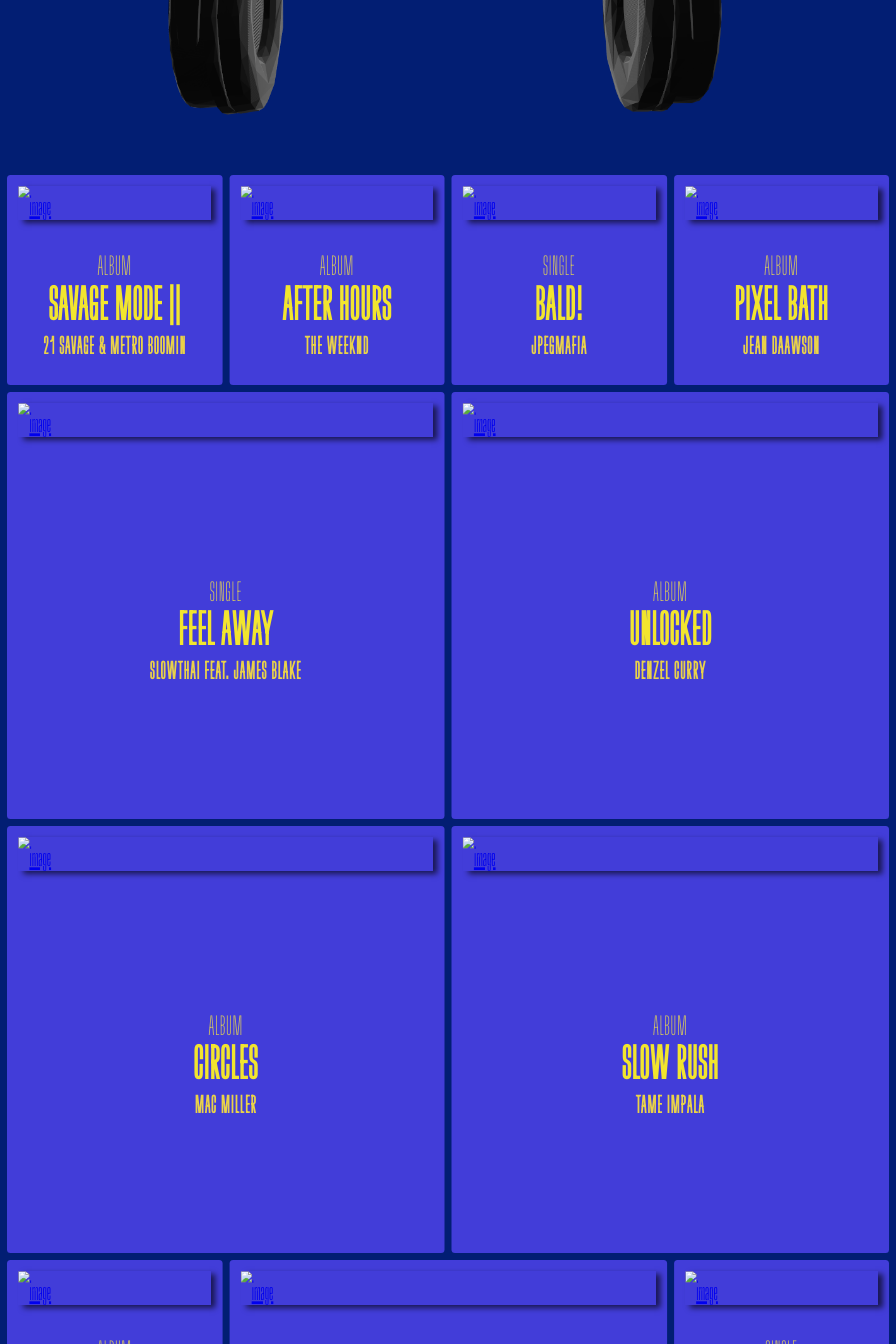
Repository: Spreceriany/musicly2020
Page: /
An editor plug-in stored every save of this project. The page is shown before and after the next save, followed by the edit.
The browser window is 1280 px wide. The pictures show the part of the page from y = 510 to 2430 px (the page is 6055 px tall), at 70% of full size.
Backgrounds fixed to the window are drawn as part of the page. Some web libraries are served in a nearby version. The project was rebuilt for these pictures with package versions that can differ from the ones it lists, and the page was loaded fresh each time.

Above is the page before, as saved 2021-01-17 22:55:42.
Console error: ReferenceError: Blazy is not defined

### index.html
<!doctype html>
<html class="no-js" lang="">

<head>
  <meta charset="utf-8">
  <title></title>
  <meta name="description" content="">
  <meta name="viewport" content="width=device-width, initial-scale=1">

  <meta property="og:title" content="">
  <meta property="og:type" content="">
  <meta property="og:url" content="">
  <meta property="og:image" content="">

  <link rel="manifest" href="site.webmanifest">
  <link rel="apple-touch-icon" href="icon.png">
  <!-- Place favicon.ico in the root directory -->

  <link rel="stylesheet" href="css/main.css">

  <meta name="theme-color" content="#fafafa">
</head>

<body>

  <div class="intro-wrapper">
    <div class="intro-bg" id="intro-bg">

    </div>
    <h3 id="title">
      My favourite albums/singles of <span class="year">2020</span>
    </h3>
    <p id="title-desc">
      A collection of music I've been listening to throughout the year
    </p>
  </div>

  <div class="grid-layout">
    <div class="grid-item grid-item-1">
      <div class="image-container  data-tilt data-tilt-glare data-tilt-max-glare="0.8"">

        <a href="https://open.spotify.com/album/6wTyGUWGCilBFZ837k5aRi">
          <img data-src="img/21savage.jpg" class="b-lazy" alt="image">
        </a>
      </div>
      <div class="album-disc">
        <a href="https://open.spotify.com/album/6wTyGUWGCilBFZ837k5aRi">
          <p>Album</p>
          <h2>Savage Mode ||</h2>
          <h3>21 Savage & Metro Boomin</h3>
        </a>
      </div>
    </div>
    <div class="grid-item grid-item-2 ">
      <div class="image-container data-tilt-glare ">
        <a href="https://open.spotify.com/album/4yP0hdKOZPNshxUOjY0cZj">
        <img data-src="img/Weekend-After-Hours-p.jpg" alt="image" class="b-lazy">
      </a>
      </div>
      <div class="album-disc">
        <a href="https://open.spotify.com/album/4yP0hdKOZPNshxUOjY0cZj">
        <p>Album</p>
        <h2>After Hours</h2>
        <h3>The Weeknd</h3>
      </a>
      </div>
    </div>

    <div class="grid-item grid-item-4">
      <div class="image-container">
        <a href="https://open.spotify.com/album/7h4cJfXQZMUCzHdqh25ye6?highlight=spotify:track:5QAUGlyYPPnis3e8ln0qiz">
        <img data-src="img/jpegmafia.jpg" class="b-lazy"  alt="image" >
      </a>
      </div>
      <div class="album-disc">
        <a href="https://open.spotify.com/album/7h4cJfXQZMUCzHdqh25ye6?highlight=spotify:track:5QAUGlyYPPnis3e8ln0qiz">
        <p>Single</p>
        <h2>BALD!</h2>
        <h3>JPEGMAFIA</h3>
        </a>
      </div>
    </div>
    <div class="grid-item span-2 grid-item-5">
      <div class="image-container">
        <a href="https://open.spotify.com/album/3dkB97Zw0sisRWTn0Wokjg?highlight=spotify:track:20wMPnqHdNdBWaKRaMM7fD">
        <img data-src="img/slowthai-feel-away.jpg" class="b-lazy" alt="image" >
      </a>
      </div>
      <div class="album-disc">
        <a href="https://open.spotify.com/album/3dkB97Zw0sisRWTn0Wokjg?highlight=spotify:track:20wMPnqHdNdBWaKRaMM7fD">
        <p>Single</p>
        <h2>Feel Away</h2>
        <h3>Slowthai feat. James Blake</h3>
      </a>
      </div>
    </div>
    <div class="grid-item grid-item-6">
      <div class="image-container">
        <a href="https://open.spotify.com/album/121Hqnfr9tMBdL0LJuIstL">
        <img data-src="img/dawson.jpg" class="b-lazy"  alt="image" >
      </a>
      </div>
      <div class="album-disc">
        <a href="https://open.spotify.com/album/121Hqnfr9tMBdL0LJuIstL">
        <p>Album</p>
        <h2>Pixel Bath</h2>
        <h3>Jean Daawson</h3>
      </a>
      </div>
    </div>
    <div class="grid-item span-2 grid-item-7">
      <div class="image-container">
        <a href="https://open.spotify.com/album/5LsyqeWryTmxsmda4xkm5a">
        <img data-src="img/denzel.jpg" class="b-lazy"  alt="image" >
      </a>
      </div>
      <div class="album-disc">
        <a href="https://open.spotify.com/album/5LsyqeWryTmxsmda4xkm5a">
        <p>Album</p>
        <h2>UNLOCKED</h2>
        <h3>Denzel Curry</h3>
      </a>
      </div>
    </div>
    <div class="grid-item span-2 grid-item-8">
      <div class="image-container">
        <a href="https://open.spotify.com/album/1YZ3k65Mqw3G8FzYlW1mmp">
        <img data-src="img/circles.jpeg" class="b-lazy" alt="image" >
      </a>
      </div>
      <div class="album-disc">
        <a href="https://open.spotify.com/album/1YZ3k65Mqw3G8FzYlW1mmp">
        <p>Album</p>
        <h2>Circles</h2>
        <h3>Mac Miller</h3>
      </a>
      </div>
    </div>
    <div class="grid-item span-2 grid-item-9">

      <div class="image-container">
        <a href="https://open.spotify.com/album/31qVWUdRrlb8thMvts0yYL">
        <img data-src="img/tame_impala.jpg" class="b-lazy" alt="image" >
      </a>
      </div>
      <div class="album-disc">
        <a href="https://open.spotify.com/album/31qVWUdRrlb8thMvts0yYL">
        <p>Album</p>
        <h2>Slow Rush</h2>
        <h3>Tame Impala</h3>
      </a>
      </div>
    </div>
    <div class="grid-item grid-item-10">

      <div class="image-container">
        <a href="https://open.spotify.com/album/3SucuvOplRzjCm602c5XuK">
         <img data-src="img/berwyn.jpg" class="b-lazy" alt="image" >
        </a>
      </div>
      <div class="album-disc">
        <a href="https://open.spotify.com/album/3SucuvOplRzjCm602c5XuK">
        <p>Album</p>
        <h2>Demotape/Vega</h2>
        <h3>Berwyn</h3>
      </a>
      </div>

    </div>
    <div class="grid-item grid-item-11 span-2">
      <div class="image-container">
        <a href="https://open.spotify.com/album/66eXLlqksAwNndmHaHWtCq">
        <img data-src="img/clams_casino.jpg" class="b-lazy" alt="image" >
      </a>
      </div>
      <div class="album-disc">
        <a href="https://open.spotify.com/album/66eXLlqksAwNndmHaHWtCq">
        <p>Album</p>
        <h2>Intrumental Relics</h2>
        <h3>Clams Casino</h3>
      </a>
      </div>
    </div>
    <div class="grid-item span-2 grid-item-12">
      <div class="image-container">
        <a href="https://open.spotify.com/album/5I9K0u8r52jp4Y2bF8mOaz">
        <img data-src="img/gorillaz.jpg" class="b-lazy" alt="image" >
      </a>
      </div>
      <div class="album-disc">
        <a href="https://open.spotify.com/album/5I9K0u8r52jp4Y2bF8mOaz">
        <p>Album</p>
        <h2>Song Machine, Season One: Strange Timez</h2>
        <h3>Gorillaz</h3>
      </a>
      </div>
    </div>
    <div class="grid-item  grid-item-13">
      <div class="image-container">
        <a href="https://open.spotify.com/album/4XPUXLAWXqM3uWMTucItjd?highlight=spotify:track:62ljuuXo0zrcrtJnnOhfxT">
        <img data-src="img/dearapril.jpg" class="b-lazy" alt="image" >
      </a>
      </div>
      <div class="album-disc">
        <a href="https://open.spotify.com/album/4XPUXLAWXqM3uWMTucItjd?highlight=spotify:track:62ljuuXo0zrcrtJnnOhfxT">
        <p>Single</p>
        <h2>Dear April</h2>
        <h3>Frank Ocean</h3>
      </a>
      </div>
    </div>
    <div class="grid-item grid-item-14">
      <div class="image-container">
        <a href="https://open.spotify.com/album/0FAWfXvd58Rm2VUSZMF8pr">
        <img data-src="img/frank_cayendo.jpg" class="b-lazy"  alt="image" >
      </a>
      </div>
      <div class="album-disc">
        <a href="https://open.spotify.com/album/0FAWfXvd58Rm2VUSZMF8pr">
        <p>Single</p>
        <h2>Cayendo</h2>
        <h3>Frank Ocean</h3>
      </a>
      </div>
    </div>
    <div class="grid-item grid-item-15">
      <div class="image-container">
        <a href="https://open.spotify.com/album/7ks5r98qyspJvfoJtXgdj4?highlight=spotify:track:2nSKol7UyxwffI6jLYTuUd">
        <img data-src="img/guapdad.png" class="b-lazy" alt="image" >
      </a>
      </div>
      <div class="album-disc">
        <a href="https://open.spotify.com/album/7ks5r98qyspJvfoJtXgdj4?highlight=spotify:track:2nSKol7UyxwffI6jLYTuUd">
        <p>Single</p>
        <h2>Lil Scammer That Could</h2>
        <h3>Guapdad 4000 feat. Denzel Curry</h3>
      </a>
      </div>
    </div>
    <div class="grid-item grid-item-16">
      <div class="image-container">
        <a href="https://open.spotify.com/album/5971dUyMLcsZa7IBioI7lP?highlight=spotify:track:1iUWofqtdh9FLzZooLBDw2">
        <img data-src="img/headie.jpg" class="b-lazy" alt="image" >
      </a>
      </div>
      <div class="album-disc">
        <a href="https://open.spotify.com/album/5971dUyMLcsZa7IBioI7lP?highlight=spotify:track:1iUWofqtdh9FLzZooLBDw2">
        <p>Album</p>
        <h2>GANG</h2>
        <h3>Headie One</h3>
      </a>
      </div>
    </div>
    <div class="grid-item span-3 grid-item-17">
      <div class="image-container">
        <a href="https://open.spotify.com/album/7saSlN9qdW5wKoN4M9nNRq">
        <img data-src="img/james-blake.jpg" class="b-lazy" alt="image" >
      </a>
      </div>
      <div class="album-disc">
        <a href="https://open.spotify.com/album/7saSlN9qdW5wKoN4M9nNRq">
        <p>Ep</p>
        <h2>Covers</h2>
        <h3>James Blake</h3>
      </a>
      </div>
    </div>
    <div class="grid-item grid-item-18">
      <div class="image-container">
        <a href="https://open.spotify.com/album/5o5xRlwkhpipPC0jGi2Sm2">
        <img data-src="img/jme.jpg" class="b-lazy" alt="image" >
      </a>
      </div>
      <div class="album-disc">
        <a href="https://open.spotify.com/album/5o5xRlwkhpipPC0jGi2Sm2">
        <p>Album</p>
        <h2>Grime MC</h2>
        <h3>JME</h3>
      </a>
      </div>
    </div>
    <div class="grid-item grid-item-19">
      <div class="image-container">
        <a href="">
        <img data-src="img/lute.jpg" class="b-lazy" alt="image" >
      </a>
      </div>
      <div class="album-disc">
        <a href="">
        <p>Single</p>
        <h2>Life</h2>
        <h3>Lute</h3>
      </a>
      </div>
    </div>

    <div class="grid-item  grid-item-21">
      <div class="image-container">
        <a href="https://open.spotify.com/album/4SnWrk06dIt4ynFRLpNX6e">
        <img data-src="img/mick.png" class="b-lazy" alt="image" >
      </a>
      </div>
      <div class="album-disc">
        <a href="https://open.spotify.com/album/4SnWrk06dIt4ynFRLpNX6e">
        <p>Album</p>
        <h2>The Circus</h2>
        <h3>Mick Jenkins</h3>
      </a>
      </div>

    </div>
    <div class="grid-item span-2 grid-item-20">
      <div class="image-container">
        <a href="https://open.spotify.com/album/6a8GwYiEMrXgMvZBvuBXrt">
        <img data-src="img/limbo_amine.jpg" class="b-lazy" alt="image" >
      </a>
      </div>
      <div class="album-disc">
        <a href="https://open.spotify.com/album/6a8GwYiEMrXgMvZBvuBXrt">
        <p>Album</p>
        <h2>Limbo</h2>
        <h3>Amine</h3>
      </a>
      </div>
    </div>
    <div class="grid-item span-2 grid-item-22">
      <div class="image-container">
        <a href="https://open.spotify.com/album/35CHoLB0GEwYlOomriifC6">
        <img data-src="img/moses.jpg" class="b-lazy" alt="image" >
      </a>
      </div>
      <div class="album-disc">
        <a href="https://open.spotify.com/album/35CHoLB0GEwYlOomriifC6">
        <p>Album</p>
        <h2>grae</h2>
        <h3>Moses Sumney</h3>
      </a>
      </div>
    </div>
    <div class="grid-item grid-item-23">
      <div class="image-container">
        <a href="">
        <img data-src="img/mustafa.png" class="b-lazy" alt="image" >
      </a>
      </div>
      <div class="album-disc">
        <a href="">
        <p>Single</p>
        <h2>Air Forces</h2>
        <h3>Mustafa</h3>
      </a>
      </div>
    </div>
    <div class="grid-item grid-item-24">
      <div class="image-container">
        <a href="">
        <img data-src="img/platinum falcon.jpg" class="b-lazy" alt="image" >
      </a>
      </div>
      <div class="album-disc">
        <a href="">
        <p>Album</p>
        <h2>Platinum Falcon</h2>
        <h3>Guapdad 4000</h3>
      </a>
      </div>
    </div>
    <div class="grid-item span-2 grid-item-25">
      <div class="image-container">
        <a href="">
        <img data-src="img/motm3.jpg" class="b-lazy" alt="image" >
      </a>
      </div>
      <div class="album-disc">
        <a href="">
        <p>Album</p>
        <h2>Man on the Moon 3</h2>
        <h3>Kid Cudi</h3>
      </a>
      </div>
    </div>
    <div class="grid-item  grid-item-26">
      <div class="image-container">
        <a href="">
        <img data-src="img/yung_lean.png" class="b-lazy"   alt="image" >
      </a>
      </div>
      <div class="album-disc">
        <a href="">
        <p>Album</p>
        <h2>Starz</h2>
        <h3>Yung Lean</h3>
      </a>
      </div>
    </div>
    <div class="grid-item  grid-item-26">
      <div class="image-container">
        <a href="">
        <img data-src="img/tobi.jpg" class="b-lazy"  alt="image" >
      </a>
      </div>
      <div class="album-disc">
        <a href="">
        <p>EP</p>
        <h2>LINGO STARR</h2>
        <h3>tobi lou</h3>
      </a>
      </div>
    </div>
    <div class="grid-item  grid-item-26">
      <div class="image-container">
        <a href="">
        <img data-src="img/whiterose.jpg" class="b-lazy"  alt="image" >
      </a>
      </div>
      <div class="album-disc">
        <a href="">
        <p>Album</p>
        <h2>white ceiling</h2>
        <h3>whiterosemoxie</h3>
      </a>
      </div>
    </div>
    <div class="grid-item span-2 grid-item-26">
      <div class="image-container">
        <a href="">
        <img data-src="img/spiligion.png" class="b-lazy" alt="image" >
      </a>
      </div>
      <div class="album-disc">
        <a href="">
        <p>Album</p>
        <h2>Spligion</h2>
        <h3>Spillage Village</h3>
      </a>
      </div>
    </div>
    <div class="grid-item  grid-item-26">
      <div class="image-container">
        <a href="">
        <img data-src="img/kota.jpg" class="b-lazy" alt="image" >
      </a>
      </div>
      <div class="album-disc">
        <a href="">
        <p>Album</p>
        <h2>EVERYTHING</h2>
        <h3>Kota the Friend</h3>
      </a>
      </div>
    </div>
    <div class="grid-item  grid-item-26">
      <div class="image-container">
        <a href="">
        <img data-src="img/rapper-weed.jpg" class="b-lazy" alt="image" >
      </a>
      </div>
      <div class="album-disc">
        <a href="">
        <p>Single</p>
        <h2>Rapper Weed</h2>
        <h3>SiR</h3>
      </a>
      </div>
    </div>
    <div class="grid-item span-2 grid-item-27">
      <div class="image-container">
        <a href="">
        <img data-src="img/strokes.jpg" class="b-lazy"  alt="image" >
      </a>
      </div>
      <div class="album-disc">
        <a href="">
        <p>Album</p>
        <h2>The New Abnormal</h2>
        <h3>The Strokes</h3>
      </a>
      </div>
    </div>



  </div>




  <script src="js/vendor/modernizr-3.11.2.min.js"></script>
  <script src="js/plugins.js"></script>
  <script async src="js/main.js"></script>
  <script src="js/blazy.js"></script>
  <script src="https://cdnjs.cloudflare.com/ajax/libs/gsap/3.6.0/gsap.min.js"></script>
  <script src="https://cdnjs.cloudflare.com/ajax/libs/gsap/3.6.0/ScrollTrigger.min.js"></script>
  <script src="js/vanilla-tilt.min.js"></script>
  <!-- Google Analytics: change UA-XXXXX-Y to be your site's ID. -->
  <script>
    var blazy = new Blazy({
      offset:100
    });
  </script>

  <script type="text/javascript">
    if (window.innerWidth > 996) {
      VanillaTilt.init(document.querySelectorAll(".image-container"), {
      max: 10,
      speed: 700,
      glare:true,
      gyroscope:false,


      "max-glare":.6,
    });

    //It also supports NodeList
    VanillaTilt.init(document.querySelectorAll(".image-container"));
      }

  </script>



  <script src="https://www.google-analytics.com/analytics.js" async></script>
</body>

</html>

### js/main.js


const timeline = gsap.timeline({defaults: {duration:1}})
gsap.registerPlugin(ScrollTrigger);

var items = document.querySelectorAll('.grid-item')

gsap.utils.toArray('.grid-item').forEach(item =>{
    gsap.to(item,{
        scrollTrigger:item,
        opacity:1,
        stagger:0.3,
        duration:2

    })
})


timeline
    .to('#intro-bg',{scale:1,opacity:1,duration:1.5})
    .to('#title',{opacity:1})
    .to('#title-desc',{opacity:1});

Loaded but not shown: js/vendor/modernizr-3.11.2.min.js (library); js/vanilla-tilt.min.js (library); js/blazy.js (370 lines, source omitted); js/plugins.js (24 lines, source omitted); css/main.css (225 lines, source omitted)

After the next save:
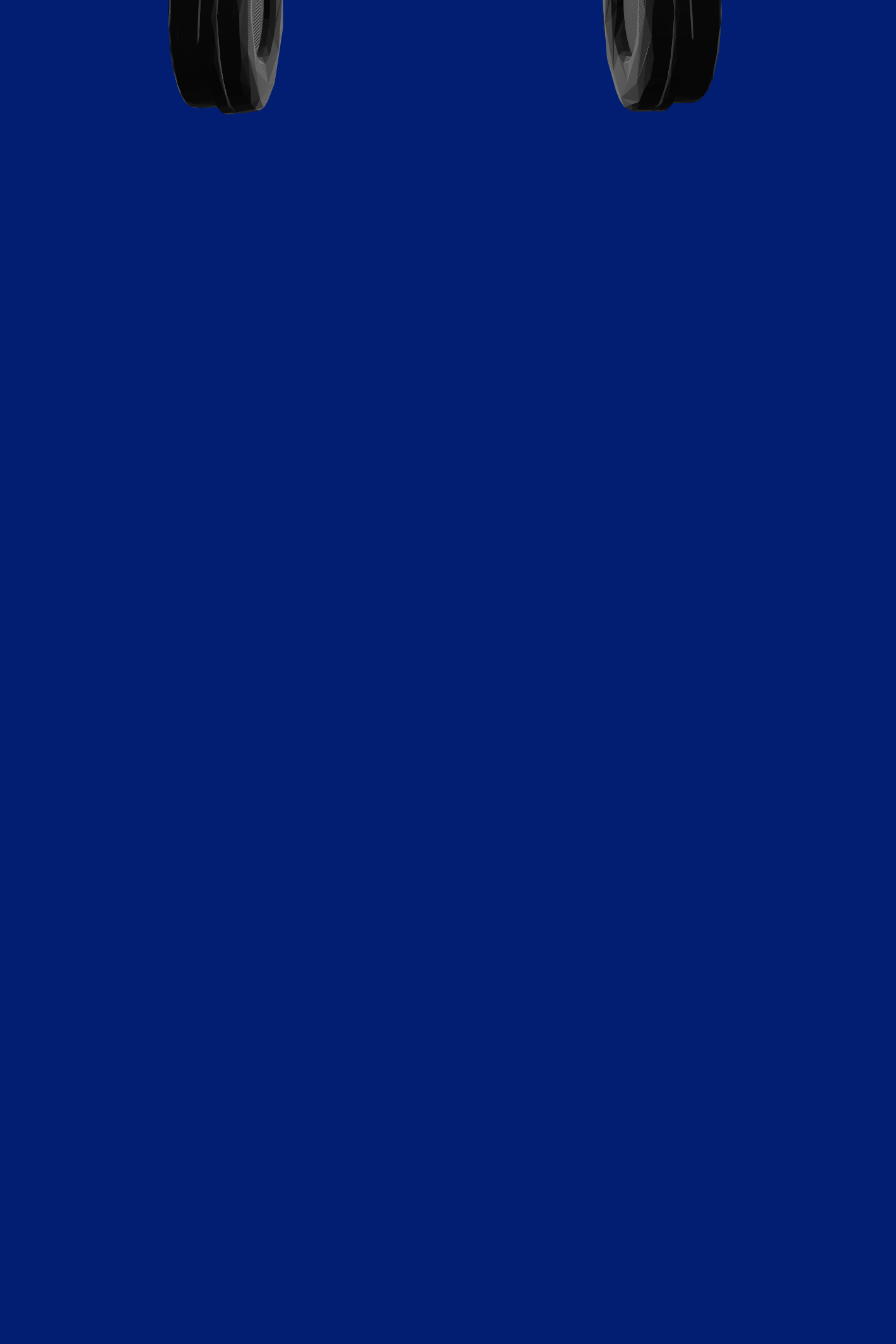
Saved 2 min 30 s later.
--- a/js/main.js
+++ b/js/main.js
@@ -3,10 +3,16 @@
 const timeline = gsap.timeline({defaults: {duration:1}})
 gsap.registerPlugin(ScrollTrigger);
 
-var items = document.querySelectorAll('.grid-item')
 
 gsap.utils.toArray('.grid-item').forEach(item =>{
-    gsap.to(item,{
+
+    var t1  = gsap.timeline({
+        scrollTrigger:{
+            trigger:item,
+
+        }
+    });
+    t1.to(item,{
         scrollTrigger:item,
         opacity:1,
         stagger:0.3,

After the 4 saves that followed:
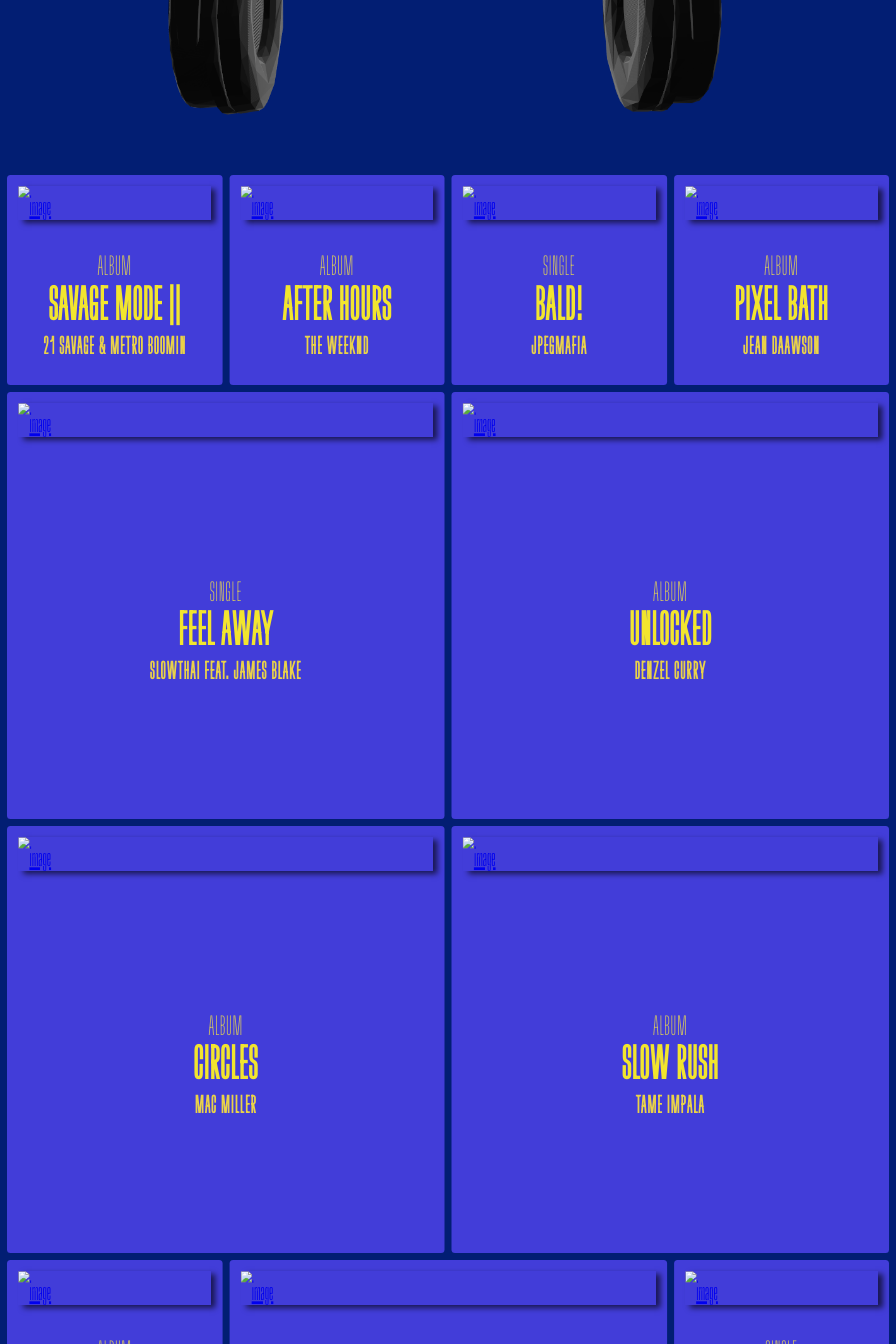
The 4 saves are shown as one change because 3 left the picture as it was.
The last was saved 2 min 19 s later.
--- a/js/main.js
+++ b/js/main.js
@@ -9,17 +9,17 @@
     var t1  = gsap.timeline({
         scrollTrigger:{
             trigger:item,
+            toggleActions: "restart none none none",
 
         }
     });
     t1.to(item,{
-        scrollTrigger:item,
         opacity:1,
         stagger:0.3,
         duration:2
 
     })
-})
+});
 
 
 timeline
